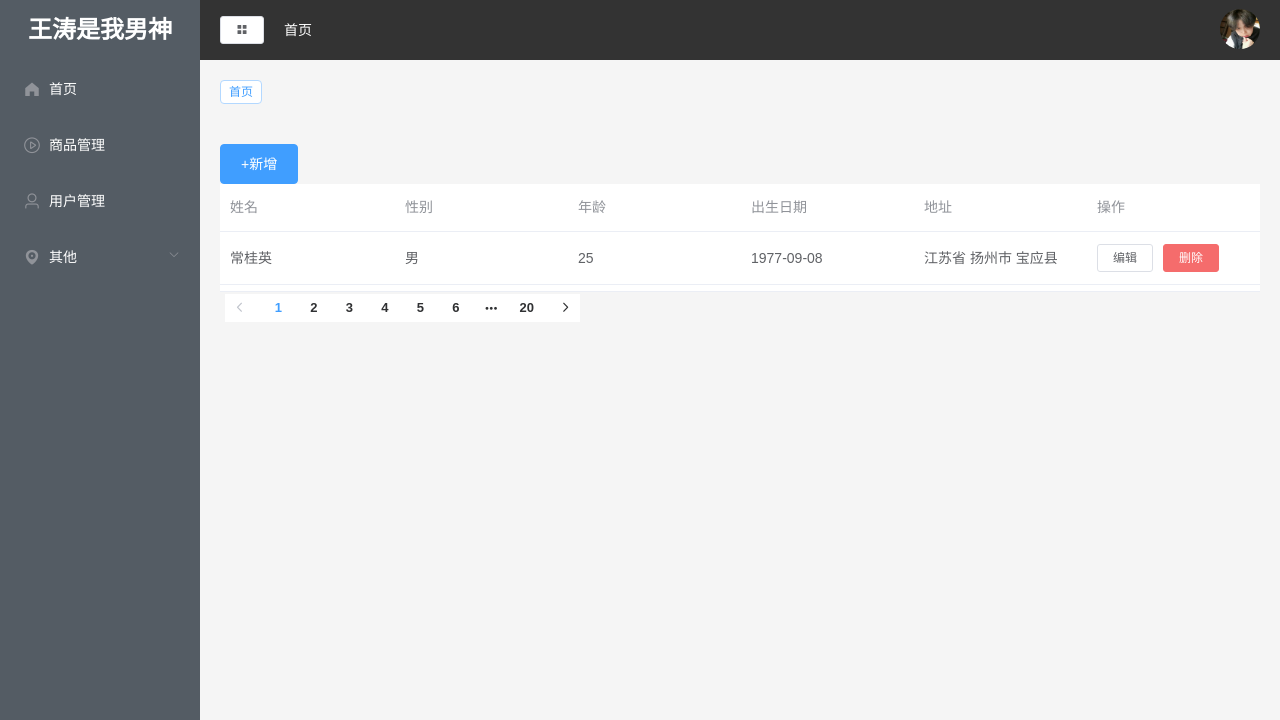
Repository: wangtao20230308/-
Page: /user
An editor plug-in stored every save of this project. The page is shown before and after the next save, followed by the edit.
The browser window is 1280 px wide. The pictures show the whole page.
The project was rebuilt for these pictures with package versions that can differ from the ones it lists, and the page was loaded fresh each time. Also part of the build but not shown: src/views/Home.vue, src/views/Mall.vue, src/views/PageOne.vue, src/views/PageTwo.vue.

Above is the page before, as saved 2023-03-27 13:37:36.

After the next save:
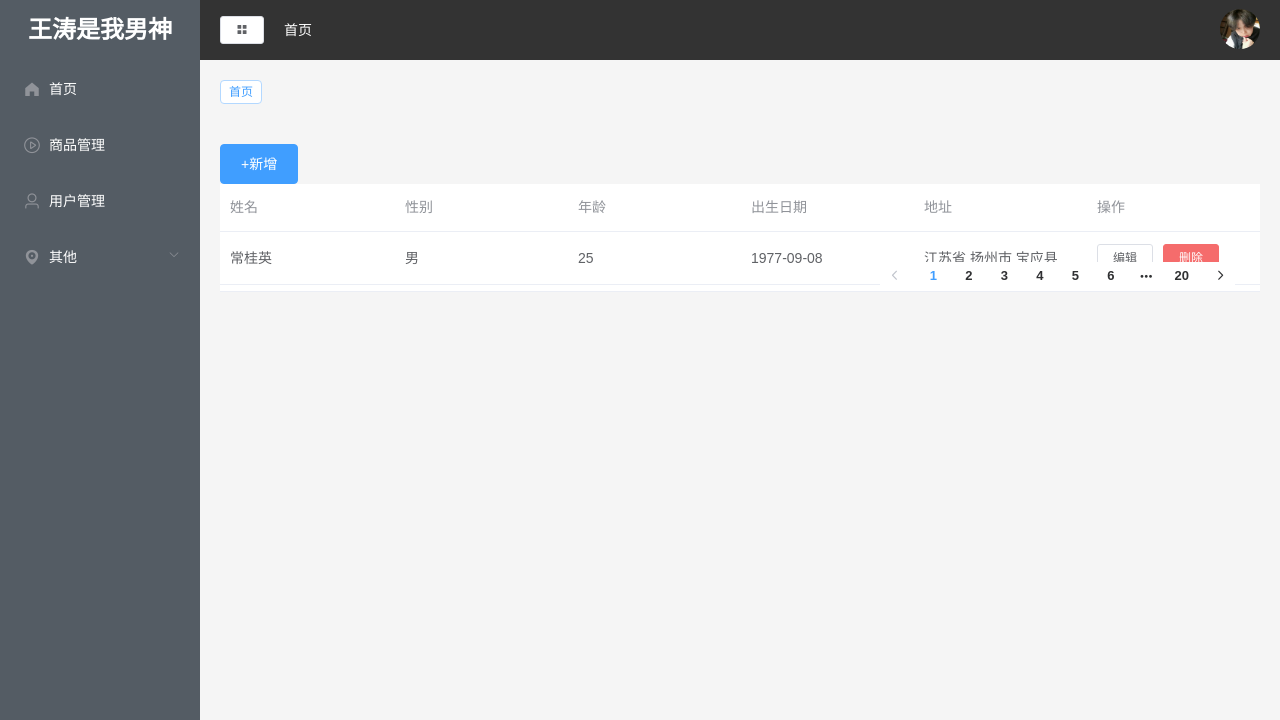
Saved 21 s later.
--- a/src/views/User.vue
+++ b/src/views/User.vue
@@ -190,6 +190,8 @@ export default {
     position: relative;
     .pager {
       position: absolute;
+      bottom: 0;
+      right: 20px;
     }
   }
 }
